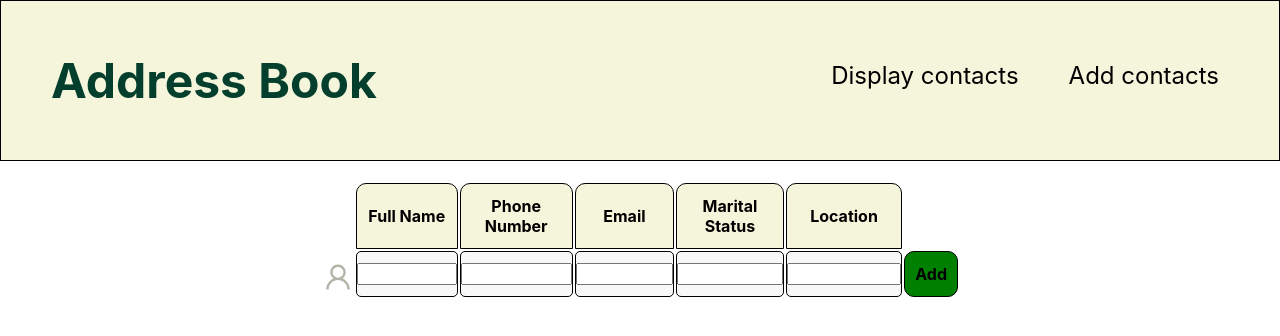
Repository: jatannoury/Address-Book
Page: /add_contact
An editor plug-in stored every save of this project. The page is shown before and after the next save, followed by the edit.
The browser window is 1280 px wide. The pictures show the whole page.
The project was rebuilt for these pictures with package versions that can differ from the ones it lists, and the page was loaded fresh each time. Also part of the build but not shown: src/components/Email.js, src/components/Password.js, src/components/Login.js, src/components/Username.js, src/components/SignUp.js, src/components/Table.js, src/components/Contacts.js.

Above is the page before, as saved 2022-06-25 23:44:20.

After the next save:
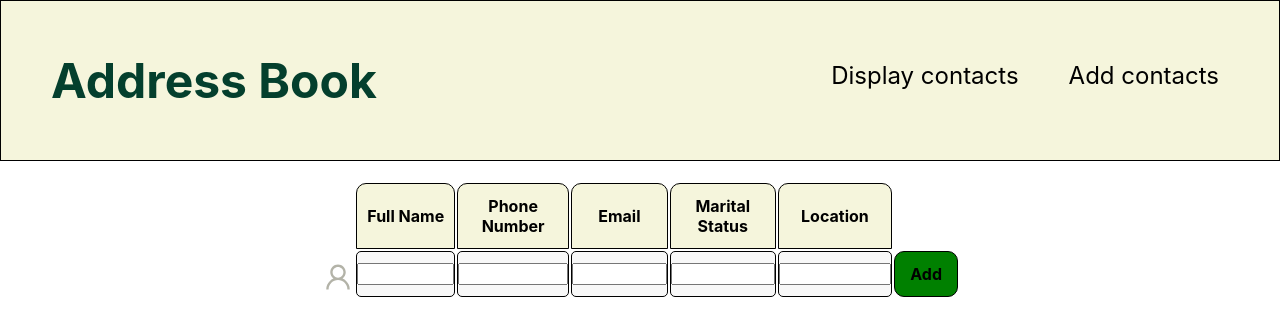
Saved 6 s later.
--- a/src/App.css
+++ b/src/App.css
@@ -195,6 +195,6 @@ th:first-child {
   border-radius: 10px;
   background-color: green;
   cursor: pointer;
-  padding-left: 10px;
-  padding-right: 10px;
-}
+  padding-left: 15px;
+  padding-right: 15px;
+}
